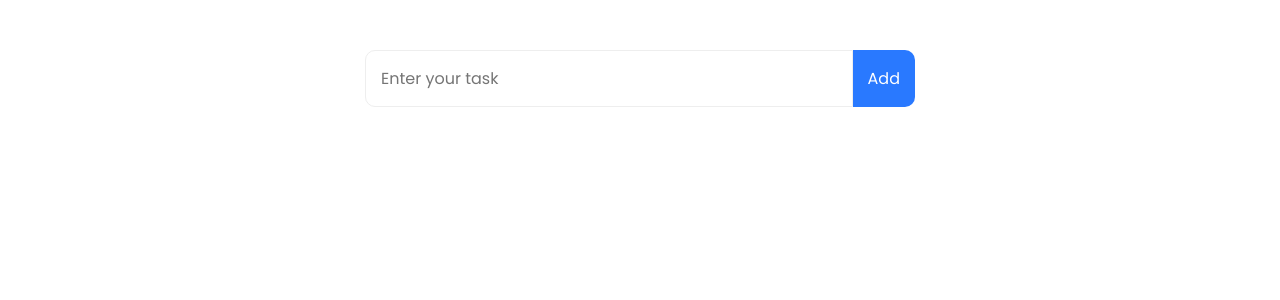
Repository: Nqvinh7603/TO-DO-LIST
Page: index.html
The author's editor kept a copy of each file at every save. The page is drawn from the files as they stood at one save, then again after the next save.
The browser window is 1280 px wide. The pictures show the whole page.

Above is the page before, as saved 2023-12-26 12:40:31.

### index.html
<!DOCTYPE html>
<html lang="en">

<head>
  <meta charset="UTF-8" />
  <meta http-equiv="X-UA-Compatible" content="IE=edge" />
  <title>Todo list</title>
  <link rel="preconnect" href="https://fonts.gstatic.com" />
  <link href="https://fonts.googleapis.com/css2?family=Poppins:wght@400;600&display=swap" rel="stylesheet" />
  <link rel="stylesheet" href="https://cdnjs.cloudflare.com/ajax/libs/font-awesome/4.7.0/css/font-awesome.min.css"
    integrity="sha512-SfTiTlX6kk+qitfevl/7LibUOeJWlt9rbyDn92a1DqWOw9vWG2MFoays0sgObmWazO5BQPiFucnnEAjpAB+/Sw=="
    crossorigin="anonymous" />
  <link rel="stylesheet" href="./app.css" />
</head>

<body>
  <div class="todo">
    <form class="todo-form" autocomplete="off">
      <input type="text" name="todo" placeholder="Enter your task" class="todo-input" />
      <button class="todo-submit" type="submit">Add</button>
    </form>
    <div class="todo-list">
      <!-- <div class="todo-item">
          <span class="todo-text">Learning english</span>
          <i class="fa fa-trash todo-remove" data-value="Learning english"></i>
        </div> -->
    </div>
  </div>
  <script src="./final.js"></script>
</body>

</html>

### app.css
html {
  box-sizing: border-box;
}
* {
  margin: 0;
  padding: 0;
}
*,
*:before,
*:after {
  box-sizing: border-box;
}
input,
textarea,
select,
button {
  outline: none;
}
input {
  line-height: normal;
}
label,
button {
  cursor: pointer;
}
a {
  text-decoration: none;
}
img {
  display: block;
  max-width: 100%;
}
*,
*:before,
*:after {
  box-sizing: border-box;
}
/* using rem unit */
html {
  font-size: 62.5%;
}
a {
  text-decoration: none;
}
img {
  display: block;
  max-width: 100%;
}
input,
button,
body {
  font-family: "Poppins", sans-serif;
  font-size: 16px;
  line-height: 1;
}
.todo {
  padding: 25px;
  margin: 25px auto;
  max-width: 600px;
}
.todo-form {
  width: 100%;
  display: flex;
}
.todo-submit {
  padding: 15px;
  border: 0;
  background-color: #2979ff;
  color: white;
  border-radius: 0 10px 10px 0;
  flex-shrink: 0;
}
.todo-input {
  width: 100%;
  border: 1px solid #eee;
  padding: 15px;
  border-radius: 10px 0 0 10px;
}
.todo-item {
  margin-top: 15px;
  display: flex;
  align-items: center;
  padding: 15px 0;
}
.todo-text {
  flex: 1;
  font-weight: 300;
  color: #333;
  display: inline-block;
  padding-right: 20px;
  white-space: nowrap;
  max-width: 100%;
  overflow: hidden;
  text-overflow: ellipsis;
  line-height: 1.4;
}
.todo-remove {
  flex-shrink: 0;
  width: 40px;
  height: 40px;
  background-color: #fc5776;
  color: white;
  border-radius: 4px;
  cursor: pointer;
  display: flex;
  justify-content: center;
  align-items: center;
}

### final.js
window.addEventListener("load", function () {
  // Variables declaration
  const form = document.querySelector(".todo-form");
  const todoList = document.querySelector(".todo-list");
  let todos = JSON.parse(localStorage.getItem("todoList")) || [];
  // console.log("localStorage", localStorage);

  // console.log("todos", todos);
  if (Array.isArray(todos) && todos.length > 0) {
    [...todos].forEach((item) => createTodoItem(item));
  }
  function createTodoItem(title) {
    const template = `<div class="todo-item">
    <span class="todo-text">${title}</span>
    <i class="fa fa-trash todo-remove"></i>
  </div>`;
    todoList.insertAdjacentHTML("beforeend", template);
  }

  form.addEventListener("submit", function (e) {
    e.preventDefault();
    const todoVal = this.elements["todo"].value;
    if (!todoVal) return;
    // Main code
    createTodoItem(todoVal);
    todos.push(todoVal);
    localStorage && localStorage.setItem("todoList", JSON.stringify(todos));
    // save to localStorage
    this.elements["todo"].value = "";
  });

  // Handle remove todo
  todoList.addEventListener("click", function (e) {
    if (e.target.matches(".todo-remove")) {
      // remove todo in DOM
      const todo = e.target.parentNode;
      todo.parentNode.removeChild(todo);
      // remove todo in localStorage
      const todoText = e.target.previousElementSibling.textContent;
      const index = todos.findIndex((item) => item === todoText);
      todos.splice(index, 1);
      localStorage.setItem("todoList", JSON.stringify(todos));
    }
  });
});

After the next save:
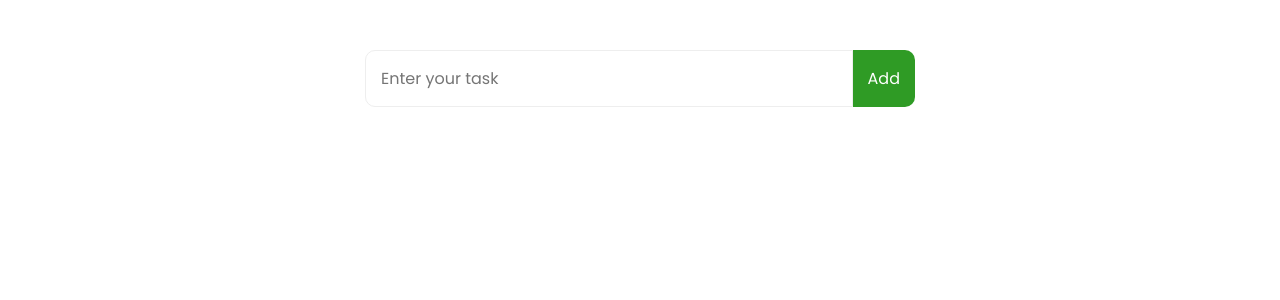
Saved 44 h 59 min later.
--- a/app.css
+++ b/app.css
@@ -65,7 +65,7 @@ body {
 .todo-submit {
   padding: 15px;
   border: 0;
-  background-color: #2979ff;
+  background-color: #2f9b25;
   color: white;
   border-radius: 0 10px 10px 0;
   flex-shrink: 0;
